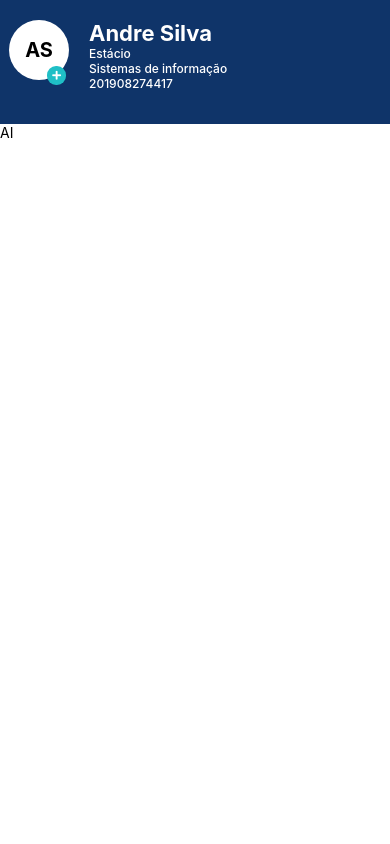
Repository: andre06x/native-estacio
Screen: /
These files come from the project's save history. The screen is drawn as it stood at one moment and after the next save; the edit follows.
The app was drawn by React Native's web renderer in a window 390 px wide. The project was rebuilt for these pictures with package versions that can differ from the ones it lists, and the page was loaded fresh each time. Also part of the build but not shown: src/Pages/Login/index.tsx.

Above is the screen before, as saved 2022-03-24 14:05:53.

After the next save:
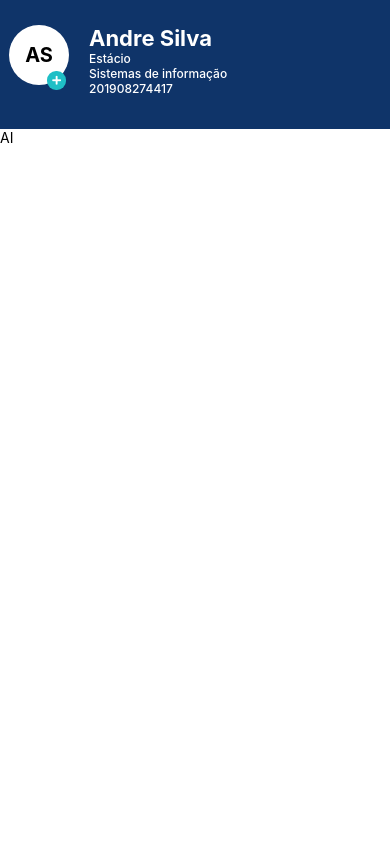
Saved 22 s later.
--- a/src/Pages/Home/index.tsx
+++ b/src/Pages/Home/index.tsx
@@ -46,7 +46,7 @@
     backgroundColor: "#0F3469",
     flexDirection: "row",
     paddingBottom: 33,
-    paddingTop: 20,
+    paddingTop: 25,
     paddingHorizontal: 9
   },
   profile_text_image: {
